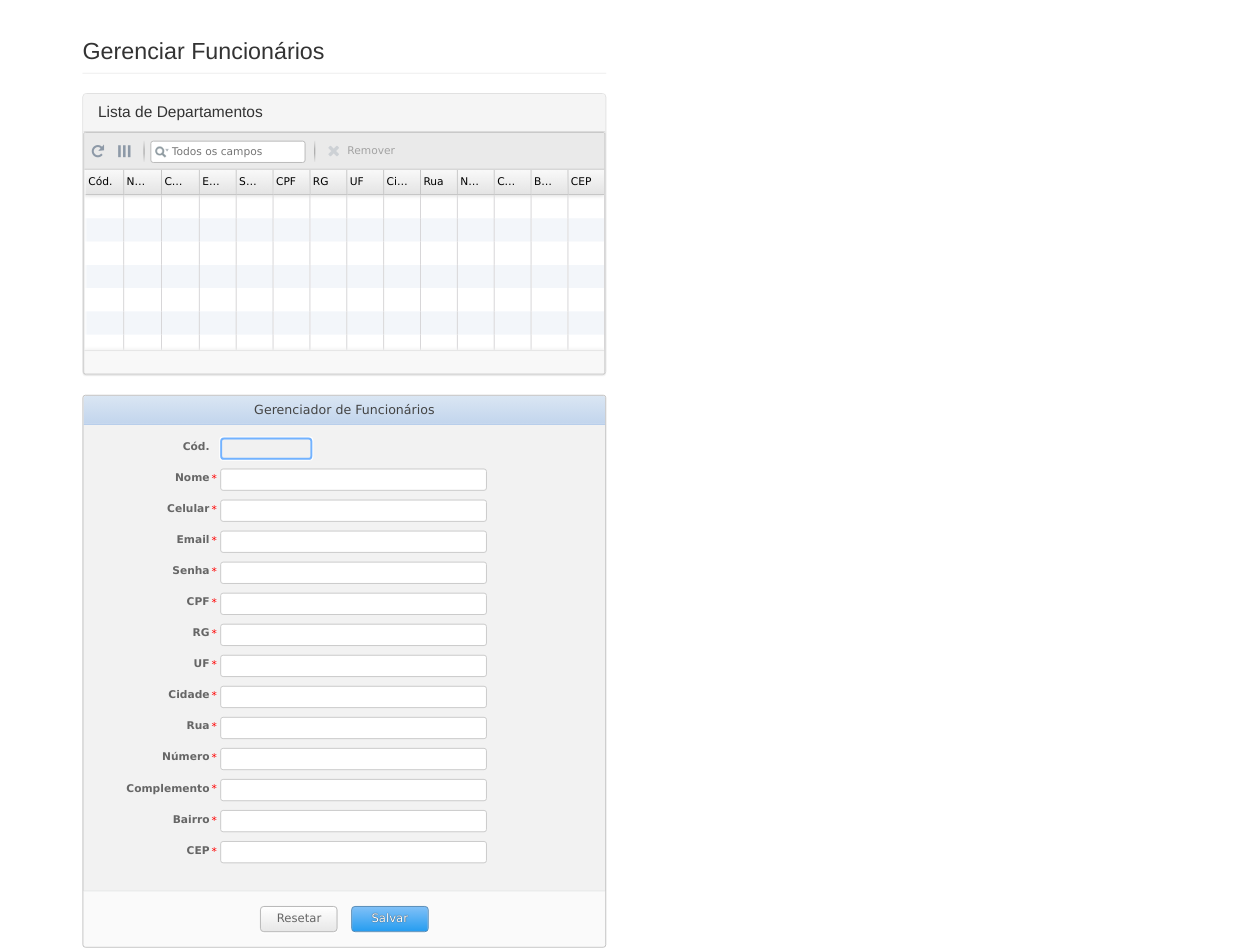
Repository: AlunoTADS/RH-INDO_AT-OA
Page: http://localhost/rhindo/gerente/pages/funcionario.jsp
The author's editor kept a copy of each file at every save. The page is drawn from the files as they stood at one save, then again after the next save.
The browser window is 1280 px wide. The pictures show the whole page, at 97% of full size.
The page is served by Tomcat 9. Other server files are loaded and not shown.

Above is the page before, as saved 2017-06-25 16:03:07.

### rhindo/src/main/webapp/gerente/pages/funcionario.jsp
<%@ page language="java" contentType="text/html; charset=ISO-8859-1"
    pageEncoding="ISO-8859-1"%>
<!DOCTYPE html>
<html>
<head>
	<meta http-equiv="Content-Type" content="text/html; charset=ISO-8859-1">
	<title>Gerenciar Funcionários</title>

	<!-- Bootstrap Core CSS -->
	<link rel="stylesheet" type="text/css" href="../../lib/bower_components/bootstrap/dist/css/bootstrap.min.css">
	<!-- w2ui CSS -->
	<link rel="stylesheet" type="text/css" href="../../lib/bower_components/w2ui/w2ui-1.5.rc1.min.css">

	<!-- jQuery -->
	<script type="text/javascript" src="../../lib/bower_components/jquery/dist/jquery.min.js"></script>
	<!-- Bootstrap Core JS -->
	<script type="text/javascript" src="../../lib/bower_components/bootstrap/dist/js/bootstrap.min.js"></script>
	<!-- w2ui JS -->
	<script type="text/javascript" src="../../lib/bower_components/w2ui/w2ui-1.5.rc1.min.js"></script>
	<script type="text/javascript">
		$(function(){

			w2utils.locale('../../lib/bower_components/w2ui/locale/pt-br.json');

			$('#grid').w2grid({
				name: 'grid',
				url: '',
				header: 'Funcionários',
				show: {
					toolbar: true,
					footer: true,
					toolbarAdd: false,
					toolbarDelete: true
				},
				sortData: [{ field: 'recid', direction: 'ASC' }],
				columns: [
					{ field: 'idfuncionario', caption: 'Cód.', size: '10%' },
					{ field: 'nome', caption: 'Nome', size: '10%' },
					{ field: 'celular', caption: 'Celular', size: '10%' },
					{ field: 'email', caption: 'Email', size: '10%' },
					{ field: 'senha', caption: 'Senha', size: '10%' },
					{ field: 'cpf', caption: 'CPF', size: '10%' },
					{ field: 'rg', caption: 'RG', size: '10%' },
					{ field: 'uf', caption: 'UF', size: '10%' },
					{ field: 'cidade', caption: 'Cidade', size: '10%' },
					{ field: 'rua', caption: 'Rua', size: '10%' },
					{ field: 'numero', caption: 'Número', size: '10%' },
					{ field: 'complemento', caption: 'Complemento', size: '10%' },
					{ field: 'bairro', caption: 'Bairro', size: '10%' },
					{ field: 'cep', caption: 'CEP', size: '10%' }
                ],
                onClick: function(event) {
                    var grid = this;
                    var form = w2ui.form;
                    event.onComplete = function () {
                        var sel = grid.getSelection();
                        if (sel.length == 1) {
                            form.recid  = sel[0];
                            form.record = $.extend(true, {}, grid.get(sel[0]));
                            form.refresh();
                        } else {
                            form.clear();
                        }
					}
                }
			});

			$("#form").w2form({
                url: '',
                header: 'Gerenciador de Funcionários',
                name: 'form',
                fields: [
                    { name: 'idfuncionario', type: 'text', html: { caption: 'Cód.', attr: 'size="10" readonly' } },
                    { name: 'nome', type: 'text', required: true, html: { caption: 'Nome', attr: 'size="40" maxlength="40"' } },
                    { name: 'celular', type: 'text', required: true, html: { caption: 'Celular', attr: 'size="40" maxlength="40"' } },
                    { name: 'email', type: 'text', required: true, html: { caption: 'Email', attr: 'size="40" maxlength="40"' } },
                    { name: 'senha', type: 'text', required: true, html: { caption: 'Senha', attr: 'size="40" maxlength="40"' } },
                    { name: 'cpf', type: 'text', required: true, html: { caption: 'CPF', attr: 'size="40" maxlength="40"' } },
                    { name: 'rg', type: 'text', required: true, html: { caption: 'RG', attr: 'size="40" maxlength="40"' } },
                    { name: 'uf', type: 'text', required: true, html: { caption: 'UF', attr: 'size="40" maxlength="40"' } },
                    { name: 'cidade', type: 'text', required: true, html: { caption: 'Cidade', attr: 'size="40" maxlength="40"' } },
                    { name: 'rua', type: 'text', required: true, html: { caption: 'Rua', attr: 'size="40" maxlength="40"' } },
                    { name: 'numero', type: 'text', required: true, html: { caption: 'Número', attr: 'size="40" maxlength="40"' } },
                    { name: 'complemento', type: 'text', required: true, html: { caption: 'Complemento', attr: 'size="40" maxlength="40"' } },
                    { name: 'bairro', type: 'text', required: true, html: { caption: 'Bairro', attr: 'size="40" maxlength="40"' } },
                    { name: 'cep', type: 'text', required: true, html: { caption: 'CEP', attr: 'size="40" maxlength="40"' } }
                ],
                actions: {
                    Reset: function () {
                        this.clear();
                    },
                    Save: function () {
                        var errors = this.validate();
                        if (errors.length > 0) {
                            return;
                        }
                        this.save();
                    }
                },
                onSave: function(event) {
                    form = this;
                    grid = w2ui.grid;
                    event.onComplete = function(){
                        var response = JSON.parse(event.xhr.responseText);
						form.refresh();
                        if(response.status === 'success'){
							form.clear();
							grid.reload();
                        }

                        w2popup.open({
                            title: response.status === 'success' ? 'Sucesso' : 'Erro',
                            body: '<div class="w2ui-centered">' + response.message + '</div>',
                            showMax: true,
                        });
                    }
				}
            });
        });

	</script>
</head>
<body>
	<div class="container">
		<div class="col-xs-6">
			<h3 class="page-header">Gerenciar Funcionários</h3>
			<div class="row">
				<div class="col-md-12">
					<div class="panel panel-default">
						<div class="panel-heading">
							<h3 class="panel-title">Lista de Departamentos</h3>
						</div>
						<div id="grid" style="width: 100%; height: 250px;"></div>
					</div>
				</div>
			</div>
			<div class="row">
				<div class="col-md-12">
					<div id="form" style="width: 100%;"></div>
    			</div>
			</div>
		</div>
	</div>
</body>
</html>

### rhindo/src/main/webapp/lib/bower_components/w2ui/locale/pt-br.json
{
    "locale"         : "pt-BR",
    "date_format"    : "dd/mm/yyyy",
    "date_display"   : "dd Mon yyyy",
    "time_format"    : "h24",
    "currency"       : "^[-+]?[0-9]*[\\.]?[0-9]+\\€$",
    "currencyPrefix" : "",
    "currencySuffix" : "R$",
    "groupSymbol"    : ",",
    "float"          : "^[-+]?[0-9]*[\\.,]?[0-9]+$",
    "shortmonths"    : ["Jan","Fev","Mar","Abr","Mai","Jun","Jul","Ago","Set","Out","Nov","Dez"],
    "fullmonths"     : ["Janeiro","Fevereiro","Março","Abril","Maio","Junho","Julho","Agostos","Setembro","Outubro","Novembro","Dezembro"],
    "shortdays"      : ["Seg","Ter","Qua","Qui","Sex","Sáb","Dom"],
    "fulldays"       : ["Segunda","Terça","Quarta","Quinta","Sexta","Sábado","Domingo"],
    "phrases" : {
        "yesterday" : "Ontem",
        "none" : "Nenhum",
        "of" : "de",
        "No items found" : "Nenhum item encontrado",
        "Attach files by dragging and dropping or Click to Select" : "Anexar arquivos arrastando e soltando ou clique para selecionar",
        "Remove" : "Remover",
        "Not a valid date" : "Data inválida",
        "Required field" : "Campo requerido",
        "Saving..." : "Salvando",
        "Not an integer" : "Número não é um inteiro",
        "Not a float" : "Número não é um ponto flutuante",
        "Not in money format" : "Valor não está no formato de moeda",
        "Not a hex number" : "Número não é hexadecimal",
        "Not alpha-numeric" : "Valor não é alfanumérico",
        "Not a valid email" : "Email inválido",
        "Are you sure you want to delete selected records?" : "Você tem certeza que deseja remover os registros selecionados?",
        "Return data is not in JSON format. See console for more information." : "Dados retornados não está no formato JSON. Verifique o console para mais informações",
        "Refreshing..." : "Atualizando...",
        "All Fields" : "Todos os campos",
        "Multi Fields" : "Campos múltiplos",
        "Delete Confirmation": "Confirmação de remoção",
        "Ok": "OK",
        "Yes" : "Sim",
        "No" : "Não",
        "Reload data in the list" : "Recarregar os dados na listagem",
        "Show/hide columns" : "Exibir/ocultar colunas",
        "Select Search Field" : "Campo de pesquisa",
        "Search..." : "Pesquisar...",
        "Open Search Fields" : "Campos de pesquisa abertos",
        "is" : "é",
        "begins with" : "começa com",
		"begins" : "começa com",
        "contains" : "contém",
        "ends with" : "termina com",
		"ends" : "termina com",
        "between" : "entre",
        "Add new record" : "Adicionar novo registro",
        "Add New" : "Adicionar novo",
        "Delete selected records" : "Remover registros selecionados",
        "Delete" : "Remover",
        "Save changed records" : "Salvar registros modificados",
        "Save" : "Salvar",
        "Reset" : "Resetar",
        "Search" : "Pesquisar",
        "Confirmation" : "Confirmação",
        "Notification" : "Notificação",
        "Show" : "Exibir",
        "Hide" : "Ocultar",
        "Record ID" : "ID do registro",
        "in" : "em",
        "selected" : "selecionado",
        "buffered" : "armazenado",
        "Server Response": "Resposta do servidor em",
        "sec" : "segundos",
        "Skip": "Saltar",
        "Records": "Registros",
        "Toggle Line Numbers": "Alternar números de linha",
        "Reset Column Size": "Reiniciar tamanho da coluna",
        "Edit": "Editar",
        "Load": "Carregar",
        "More": "Mais"
    }
}

Loaded but not shown: rhindo/src/main/webapp/lib/bower_components/bootstrap/dist/css/bootstrap.min.css (library); rhindo/src/main/webapp/lib/bower_components/w2ui/w2ui-1.5.rc1.min.css (library); rhindo/src/main/webapp/lib/bower_components/jquery/dist/jquery.min.js (library); rhindo/src/main/webapp/lib/bower_components/bootstrap/dist/js/bootstrap.min.js (library); rhindo/src/main/webapp/lib/bower_components/w2ui/w2ui-1.5.rc1.min.js (library)

After the next save:
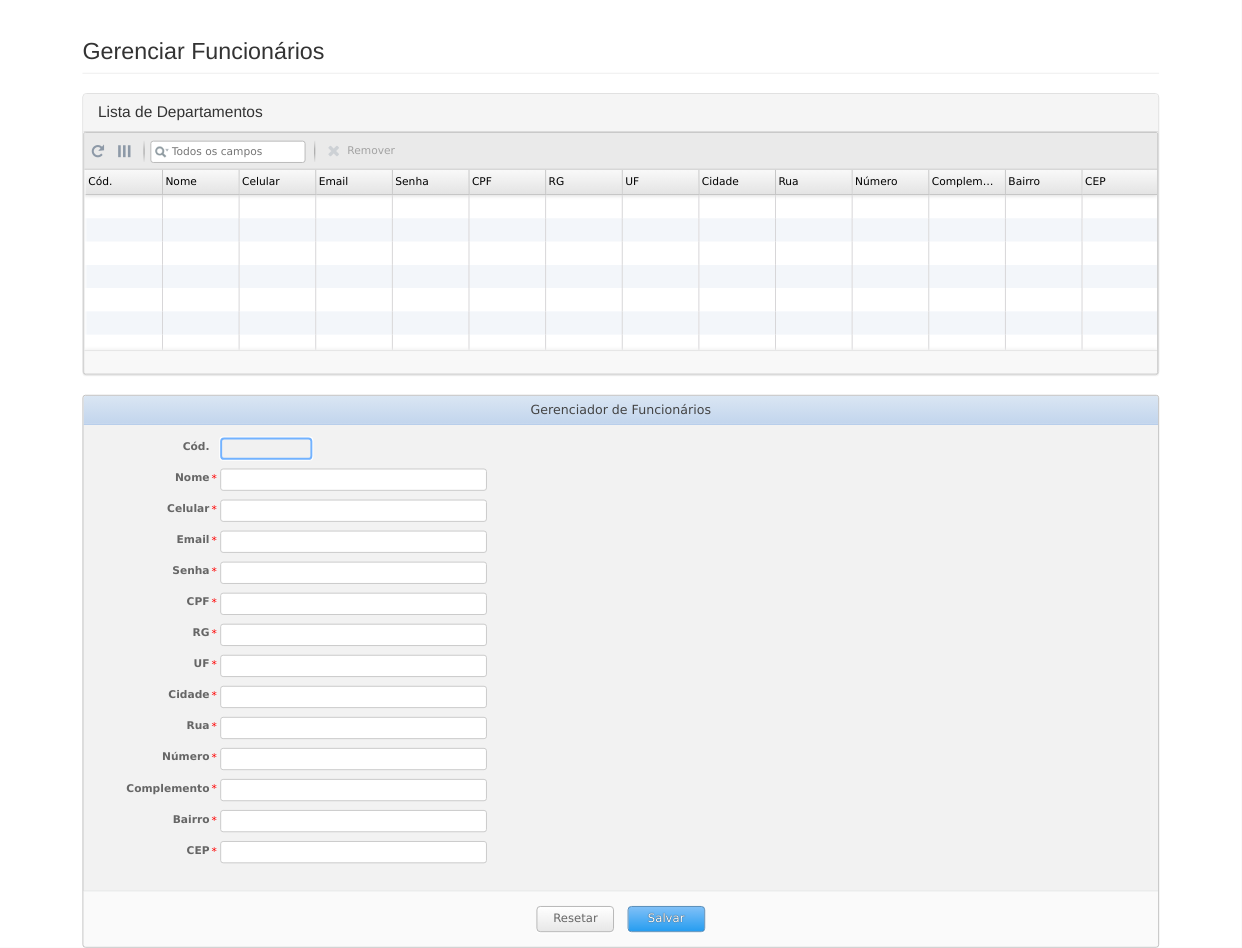
Saved 6 min 11 s later.
--- a/rhindo/src/main/webapp/gerente/pages/funcionario.jsp
+++ b/rhindo/src/main/webapp/gerente/pages/funcionario.jsp
@@ -122,10 +122,10 @@
 </head>
 <body>
 	<div class="container">
-		<div class="col-xs-6">
+		<div class="col-xs-12">
 			<h3 class="page-header">Gerenciar Funcionários</h3>
 			<div class="row">
-				<div class="col-md-12">
+				<div class="col-xs-12">
 					<div class="panel panel-default">
 						<div class="panel-heading">
 							<h3 class="panel-title">Lista de Departamentos</h3>
@@ -135,7 +135,7 @@
 				</div>
 			</div>
 			<div class="row">
-				<div class="col-md-12">
+				<div class="col-xs-12">
 					<div id="form" style="width: 100%;"></div>
     			</div>
 			</div>
